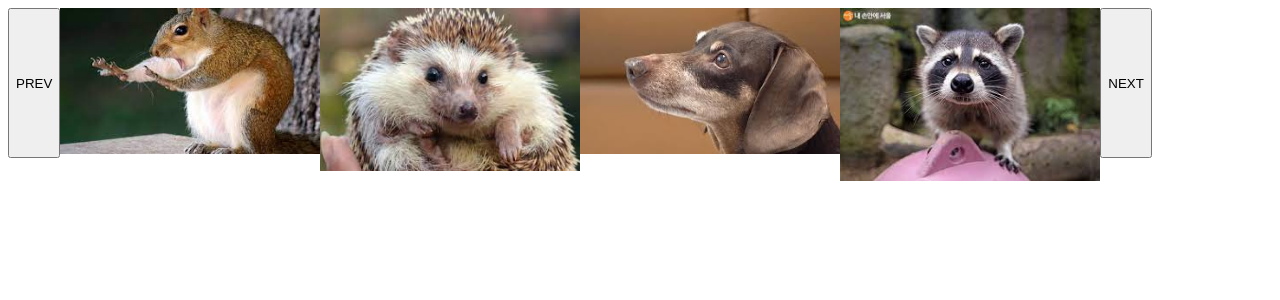
Repository: cdj6995/Web
Page: Lecture-Web/src/main/webapp/jquery/exam07.html
An editor plug-in stored every save of this project. The page is shown before and after the next save, followed by the edit.
The browser window is 1280 px wide. The pictures show the whole page.

Above is the page before, as saved 2022-05-31 00:58:04.

### Lecture-Web/src/main/webapp/jquery/exam07.html
<!DOCTYPE html>
<html>
<head>
	<meta charset="UTF-8">
	<title>Insert title here</title>
	<style>
		img{
			width : 260px;
			heigt : 220px;
			float: left;
		}

		button{
			height : 150px;
			float : left;
		}


	</style>
	<script src="https://code.jquery.com/jquery-3.6.0.js"></script>
	<script>
		$(document).ready(function() {
			$('button').click(function() {
				$('img').last().prependTo('div')
			})
		})
	</script>
</head>
<body>
	<button id="preBtn">PREV</button>
	<span>
		<img src="image/사진01.jpg">
		<img src="image/사진02.jpg">
		<img src="image/사진03.jpg">
		<img src="image/사진04.jpg">
	</span>
	<button id="nextBtn">NEXT</button>
</body>
</html>

After the next save:
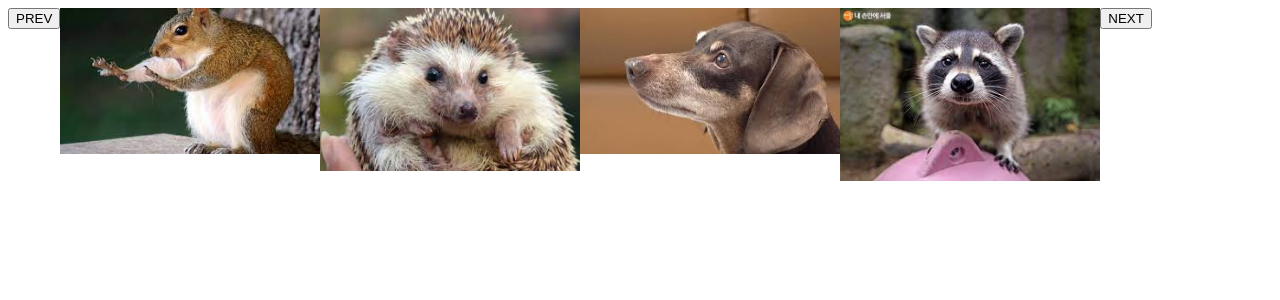
Saved 12 s later.
--- a/Lecture-Web/src/main/webapp/jquery/exam07.html
+++ b/Lecture-Web/src/main/webapp/jquery/exam07.html
@@ -11,7 +11,7 @@
 		}
 
 		button{
-			height : 150px;
+
 			float : left;
 		}
 
